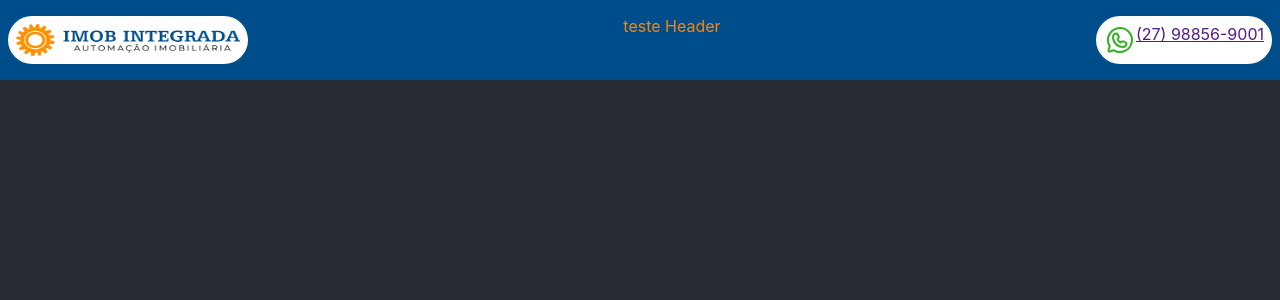
Repository: K0slov/testeAPI
Page: /
An editor plug-in stored every save of this project. The page is shown before and after the next save, followed by the edit.
The browser window is 1280 px wide. The pictures show the whole page.
The project was rebuilt for these pictures with package versions that can differ from the ones it lists, and the page was loaded fresh each time. Also part of the build but not shown: vite.config.ts.

Above is the page before, as saved 2022-06-27 14:59:50.

After the next save:
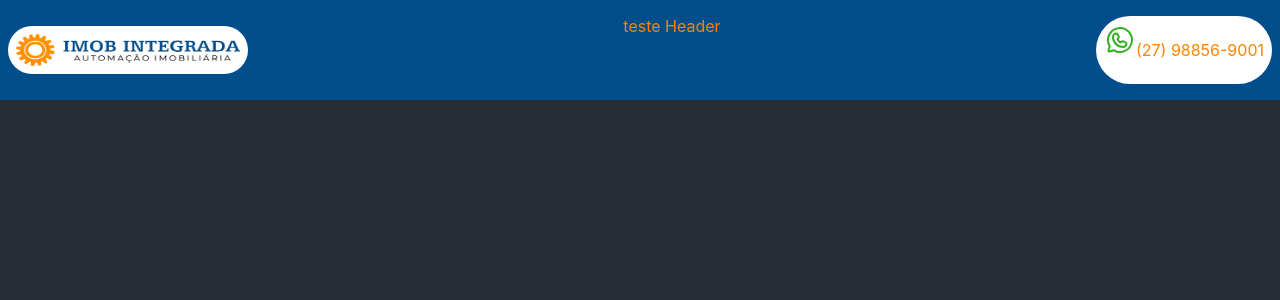
Saved 72 s later.
--- a/src/components/Header/header.tsx
+++ b/src/components/Header/header.tsx
@@ -10,9 +10,7 @@ export function Header() {
             teste Header
             <div className="wpp">
                 <WhatsappLogo size={32} color="#34af23" />
-                <a href="">
-                    (27) 98856-9001
-                </a>
+                <p>(27) 98856-9001</p>
             </div>
         </header>
     )
